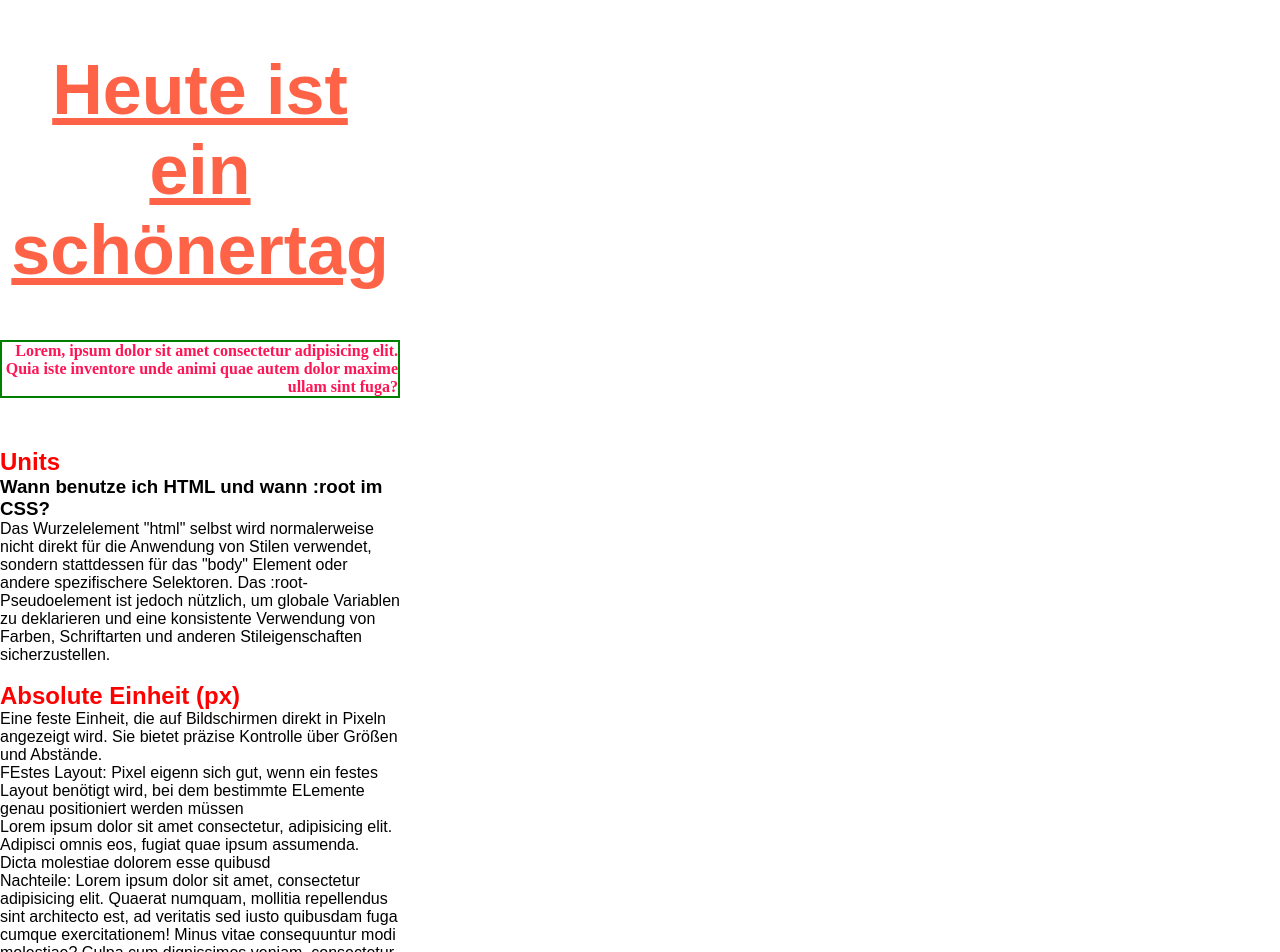
Repository: m0lt/modul_1
Page: 20250703_Tag3/index.html
An editor plug-in stored every save of this project. The page is shown before and after the next save, followed by the edit.
The browser window is 1280 px wide. The pictures show the part of the page from y = 0 to 952 px (the page is 1934 px tall before and 2006 px after).
A picture or video elsewhere on the page could not be fetched, so the positions and the page height are approximate. Some web fonts or font styles are not loaded; a fallback is used.

Above is the page before, as saved 2025-07-03 10:44:53.

### 20250703_Tag3/index.html
<!DOCTYPE html>
<html lang="en">
<head>
    <meta charset="UTF-8">
    <meta name="viewport" content="width=device-width, initial-scale=1.0">
    <link rel="stylesheet" href="./assets/css/styles.css">
    <title>Document</title>
</head>
<body>
    <!-- Todo Fonts-->
    <!-- Todo Units-->

    <header>
        <h1>Heute ist ein schönertag</h1>
        <p>Lorem, ipsum dolor sit amet consectetur adipisicing elit. Quia iste inventore unde animi quae autem dolor maxime ullam sint fuga?</p>
    </header>
    <main>
        <article>
            <h2>Units</h2>
            <h3>Wann benutze ich HTML und wann :root im CSS?</h3>
            <p>Das Wurzelelement "html" selbst wird normalerweise nicht direkt für die Anwendung von Stilen verwendet, sondern stattdessen für das "body" Element oder andere spezifischere Selektoren. Das :root-Pseudoelement ist jedoch nützlich, um globale Variablen zu deklarieren und eine konsistente Verwendung von Farben, Schriftarten und anderen Stileigenschaften sicherzustellen.</p>
        </article>
        <br>
        <section>
            <!-- ! Absolute EInheit -->
            <h2>Absolute Einheit (px)</h2>
            <p>Eine feste Einheit, die auf Bildschirmen direkt in Pixeln angezeigt wird. Sie bietet präzise Kontrolle über Größen und Abstände.</p>
            <p>FEstes Layout: Pixel eigenn sich gut, wenn ein festes Layout benötigt wird, bei dem bestimmte ELemente genau positioniert werden müssen</p>


            <div class="box"></div>
            <p>Lorem ipsum dolor sit amet consectetur, adipisicing elit. Adipisci omnis eos, fugiat quae ipsum assumenda. Dicta molestiae dolorem esse quibusd</p>
            <p>Nachteile: Lorem ipsum dolor sit amet, consectetur adipisicing elit. Quaerat numquam, mollitia repellendus sint architecto est, ad veritatis sed iusto quibusdam fuga cumque exercitationem! Minus vitae consequuntur modi molestiae? Culpa cum dignissimos veniam, consectetur placeat ipsum nulla aspernatur magnam ullam similique eius eveniet repudiandae quo a quasi, deleniti libero, facilis necessitatibus!</p>
            <br>
            <p>Barrierefrei: Lorem ipsum dolor sit amet consectetur adipisicing elit. Suscipit repellendus totam iusto fugiat, neque ipsum explicabo ex quo natus laborum voluptates asperiores placeat fuga fugit quisquam vitae eaque optio, nihil repudiandae? Cumque sunt corrupti, omnis nemo at est aperiam numquam soluta? Ea quaerat perferendis veritatis facere porro officia inventore tenetur.</p>
            <br>
            <!-- ! Relative EInheit -->
            <h2>Relative Einheit</h2>
            <div class="relative_container-percent">
                <div class="Container">
                    <img src="./assets/img/cool.jpeg" alt="Cool Fish">

                </div>
            </div>
            <br>
            <h2>viewport-einheit (vh & vw)</h2>
            <p>Diese Einheiten beziehen sich auf den sichtbaren Bereich des
            Browserfensters. Sie sind ideal für das Erstellen von Layouts, die auf
            die tatsächliche Größe des Bildschirms reagieren</p>
            <div class="box1">
                <p>20% der Höner des Viewports </p>
                <p>Volle Breite, da "p" ein Blcok Element ist</p>
            </div>
            <div class="box2">
                <p>50% der breite & Höhe des Viewport </p>
            </div>
            <div class="em__font-size">
            <p>Relative Einheiten (em und rem):</p>
            <!-- * basieren auf der Schriftgröße des Elternelements bzw.
                * des Root-Elements. Em ist relativ zum Elternelement,    während Rem
                * relativ zur Schriftgröße des Root-Elements ist. -->

            <!-- * "em" bezieht sich auf die Schriftgröße des jeweiligen Elements.
               * Wenn wir also eine Schriftgröße 1em verwenden, wird diese auf die Schriftgröße des umgebenden Elements angewendet.  -->

            <!-- * "rem" bezieht sich auf die Schriftgröße des Root-Elements, normalerweise des <html>-Tags.
                * Wenn wir also eine Schriftgröße 1rem verwenden, wird diese auf die Schriftgröße des Root-Elements angewendet -- zahl x * 16 -->

            <p class="normal">Normale Schriftgröße -> 16px</p>
            <p class="larger">Vergrößerte Schriftgröße -> 1.5em = 24px</p>
            <p class="even-larger">Noch größere Schriftgröße -> 2rem</p>

            <!-- Die clamp()-Funktion ermöglicht es, einen Wert innerhalb eines bestimmten Bereichs zu begrenzen, was genau dem beschriebenen Verhalten entspricht, bei dem der Text schrumpft oder skaliert, aber innerhalb eines definierten Mindest- und Maximalwerts bleibt. -->
            <div class="content">
            <p class="title">Clamp Einheit:</p>
            <p class="text"><span>Ich bin ein Text und schrupfe bzw skaliere bis zu einem min/max Wert.</span><br>
                Die CSS-Funktion clamp() begrenzt einen Mittelwert innerhalb eines Wertebereichs zwischen einer
                definierten Mindest- und einer maximalen Begrenzung.
                Die Funktion hat drei Parameter: einen Mindestwert, einen bevorzugten Wert und einen maximal zulässigen
                Wert.</p>
            </div>
        </div>

        </section>
    </main>
    <footer>

    </footer>
</body>
</html>

### 20250703_Tag3/assets/css/styles.css
/* Global Styling */

* {
  box-sizing: border-box;
  margin: 0;
  padding: 0;
}

html{
    /* unser root verzeichnis */
    font-size: 16px;
    /* font-size: 62.5%; */
    /*ergibt 10 px */
    font-family: Arial, Helvetica, sans-serif;
}

/* Root ist wie ein Lagerhasu und man kann bestimmte eigenschaften auslagern und sie später wieder verweden. */
:root{
    --header-h2-color: #ff1555;
    width: 400px;
    --bg-color-yellow: rgb(253, 152, 0);
}

h2{
    color: red;
}

@font-face {
    font-family: "Caveat-Variable";
    src: url("../fonts/Caveat-VariableFont_wght.ttf");
}

/* Element Styling */

header{
    margin: 50px auto;

}

h1{
    font-family: Caveat-Variable, sans-serif;
    font-size: 70px;
    text-decoration: underline;
    text-align: center; /*Horizontale Ausrichtung*/
    color: tomato;
    margin-bottom: 50px;

}

header p{
    color: var(--header-h2-color);
    border: 2px solid green;
    font-family: "Caveat-Variable";
    font-weight: 900;
    text-align: right;

}

After the next save:
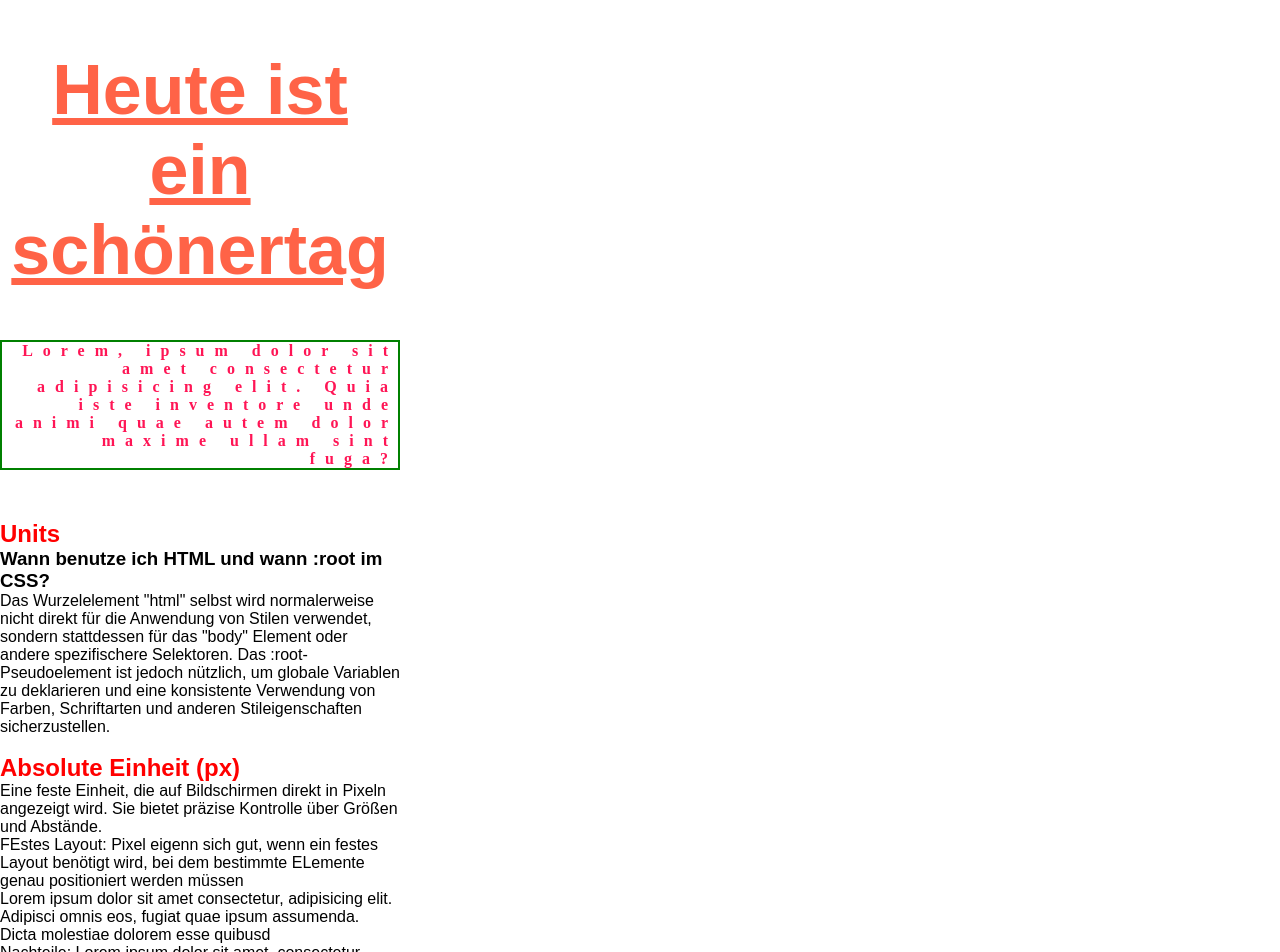
Saved 22 s later.
--- a/20250703_Tag3/assets/css/styles.css
+++ b/20250703_Tag3/assets/css/styles.css
@@ -53,5 +53,6 @@
     font-family: "Caveat-Variable";
     font-weight: 900;
     text-align: right;
+    letter-spacing: 10px;
 
 }

After the 2 saves that followed:
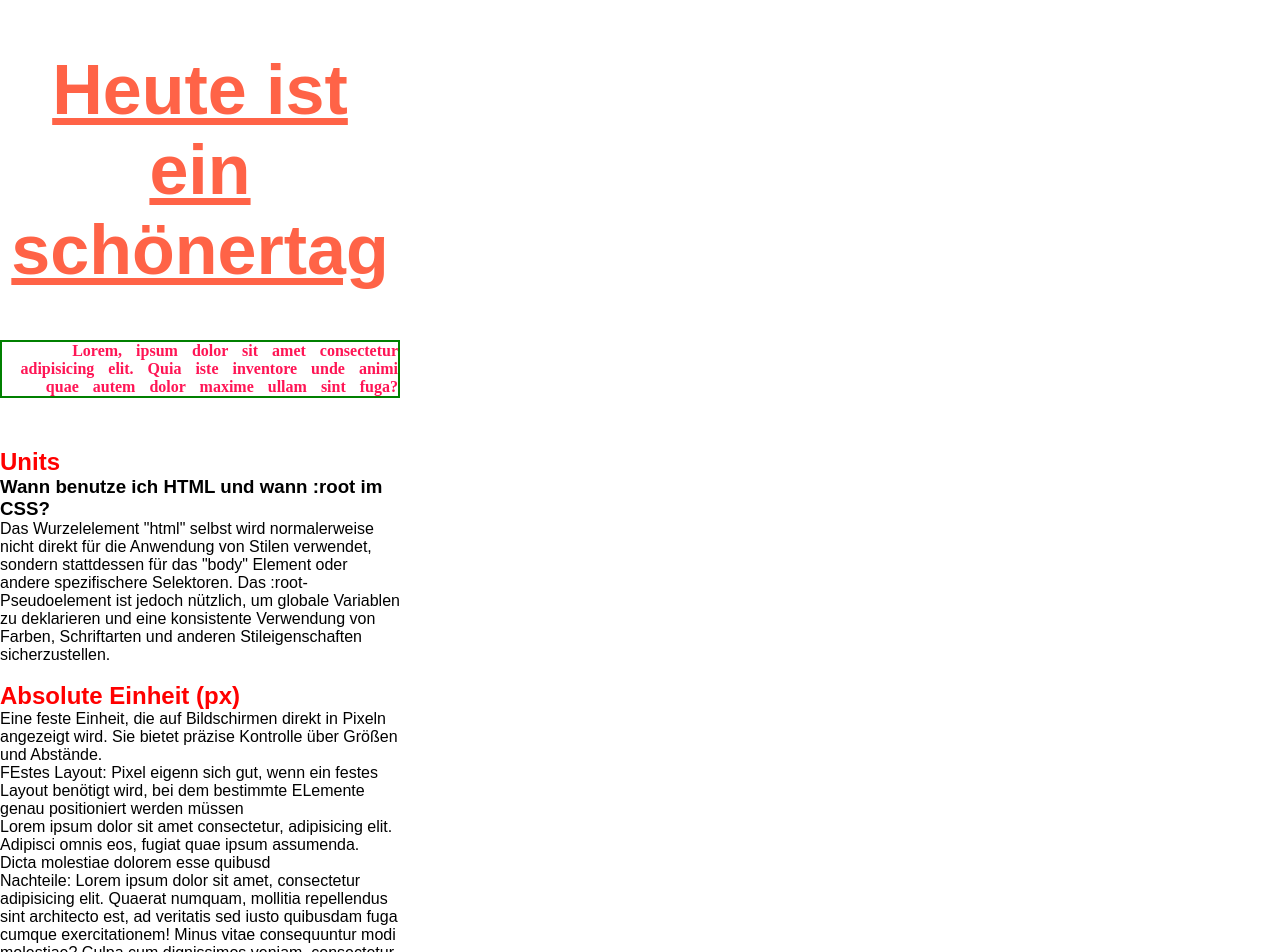
The 2 saves are shown as one change because they came seconds apart.
The last was saved 19 s later.
--- a/20250703_Tag3/assets/css/styles.css
+++ b/20250703_Tag3/assets/css/styles.css
@@ -53,6 +53,7 @@
     font-family: "Caveat-Variable";
     font-weight: 900;
     text-align: right;
-    letter-spacing: 10px;
+    /* letter-spacing: 10px; */
+    word-spacing: 10px;
 
 }
